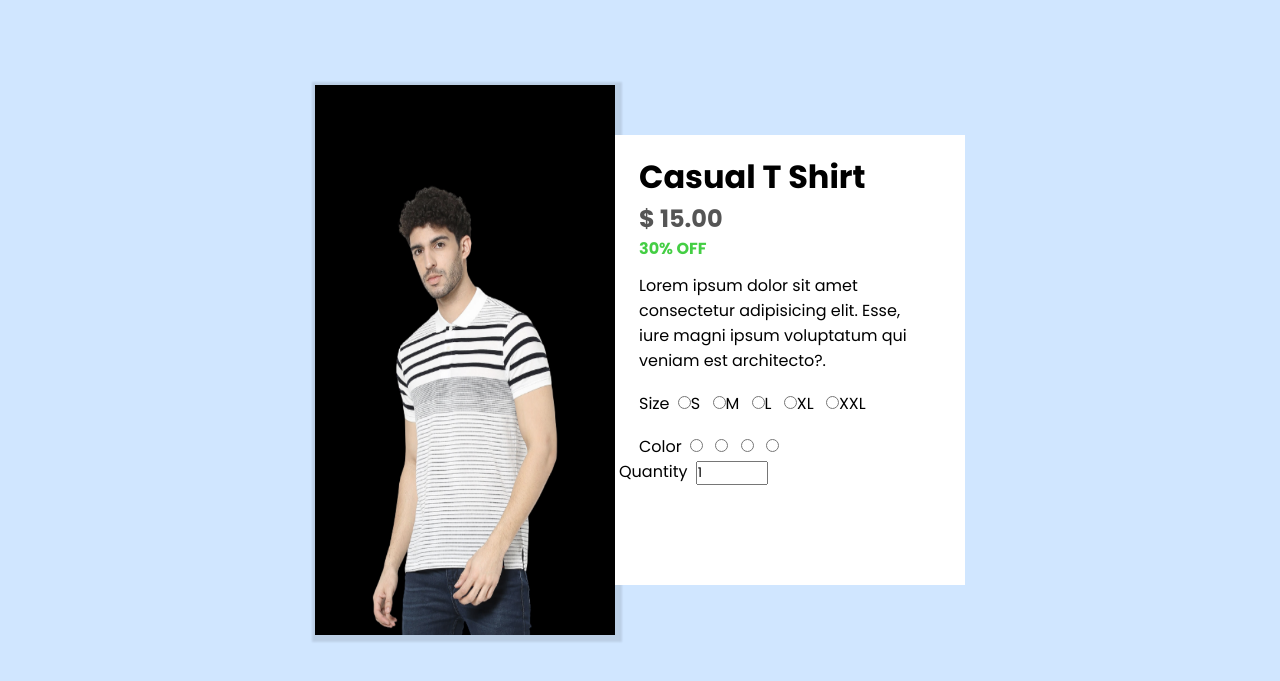
Repository: Ankitkr2021/Product-Page
Page: index.html
These files come from the project's save history. The page is drawn as it stood at one moment and after the next save; the edit follows.
The browser window is 1280 px wide. The pictures show the whole page.

Above is the page before, as saved 2025-10-24 11:17:18.

After the next save:
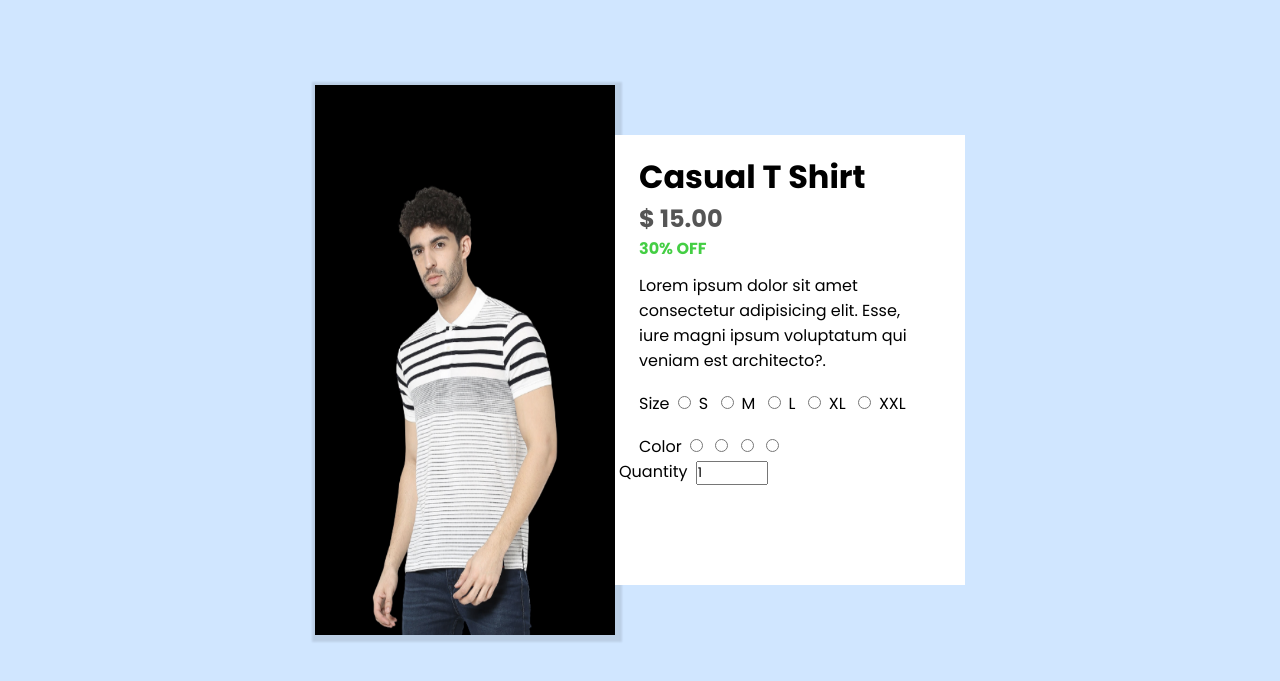
Saved 26 s later.
--- a/style.css
+++ b/style.css
@@ -59,8 +59,8 @@ img {
     padding: 18px 12px 0 24px;
 }
 
-input[name="size"] {
-    padding-left: 18px;
+input[type="radio"][name="size"] {
+  margin-right: 8px;
 }
 
 .color {
